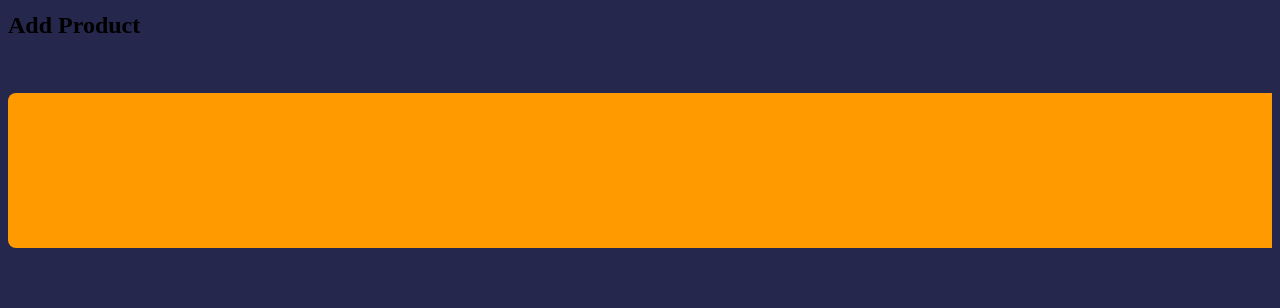
Repository: Abdaljawad-Aya/Laravel
Page: http://localhost/products/create
An editor plug-in stored every save of this project. The page is shown before and after the next save, followed by the edit.
The browser window is 1280 px wide. The pictures show the whole page.
The page is served by the project's Laravel application, run on PHP 8.4 with Laravel 8.

Above is the page before, as saved 2021-02-22 20:29:37.

After the next save:
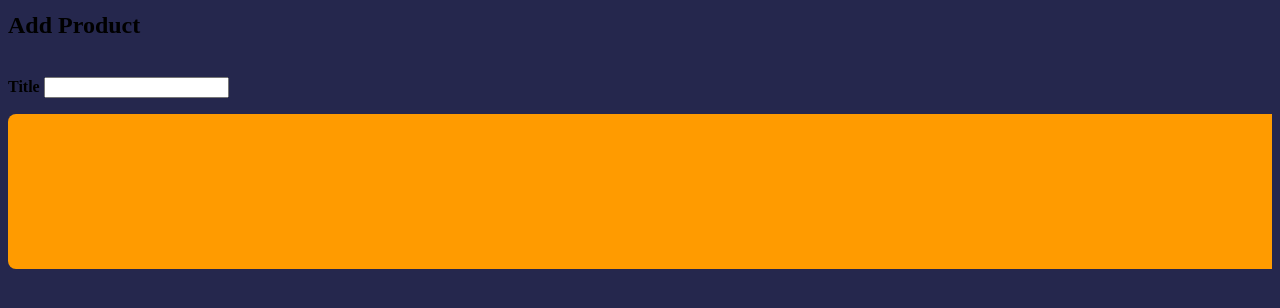
Saved 97 s later.
--- a/adminTheme/resources/views/product/create.blade.php
+++ b/adminTheme/resources/views/product/create.blade.php
@@ -3,4 +3,14 @@
 <h2 style="margin-top:12px;" class="text-center"> Add Product</h2>
 <br>
 <form action="{{ route('products.store') }} method
-post" name="add_product"></form>
+post" name="add_product">
+{{ csrf_field() }}
+<div class="row">
+    <div class="col-md-12">
+        <div class="form-group">
+            <strong>Title</strong>
+        <input type="text" name="title" class="form-control" placeholder="">
+        </div>
+    </div>
+</div>
+</form>
